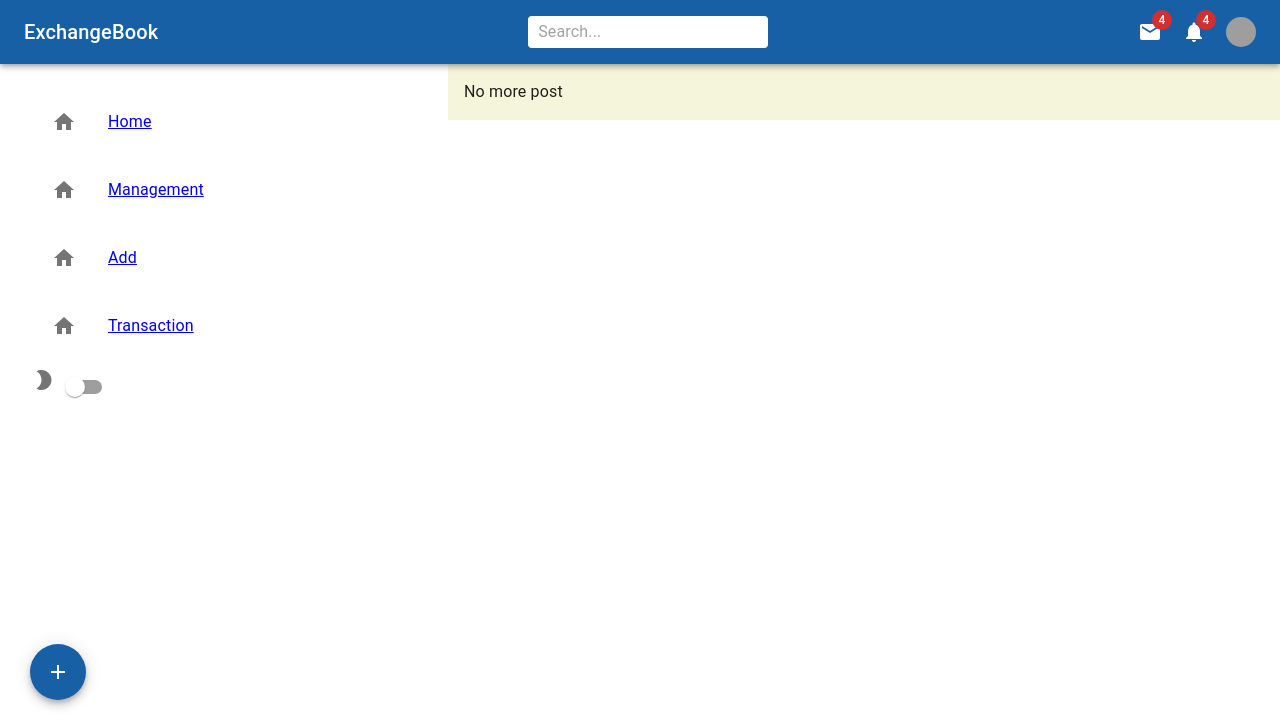
Repository: TrangPhuongLam07/exchangebookfrontend
Page: /
The author's editor kept a copy of each file at every save. The page is drawn from the files as they stood at one save, then again after the next save.
The browser window is 1280 px wide. The pictures show the whole page.
Pictures or frames that could not be fetched are drawn as grey boxes. The page's requests for data from a server got no answer. The project was rebuilt for these pictures with package versions that can differ from the ones it lists, and the page was loaded fresh each time. Some packages were replaced by stand-ins written for this rebuild. No one was signed in, and anything a server would have sent is missing. Also part of the build but not shown: craco.config.js, src/components/post/index.js. Imported but missing from the stored project, and not drawn on this page: src/pages/management/add-post, src/pages/management/update-post.

Above is the page before, as saved 2023-07-30 23:09:01.

### src/index.js
import ReactDOM from "react-dom/client";
import React from "react";
import config from "./config";
import App from "./App";
import { ThemeProvider } from "@mui/material";
import "./index.css";
const root = ReactDOM.createRoot(document.getElementById("root"));

root.render(
  <React.StrictMode>
    <ThemeProvider theme={config.theme}>
      <App />
    </ThemeProvider>
  </React.StrictMode>
);

### src/config/index.js
import routes from "./routes";
import theme from "./theme";
const config = {
  routes,
  theme,
};

export default config;

### src/App.js
import { ReactQueryDevtools } from "@tanstack/react-query-devtools";
import { QueryClient, QueryClientProvider } from "@tanstack/react-query";
import { privateRoutes, publicRoutes } from "~/routes";
import { Fragment, Suspense } from "react";
import { CssBaseline } from "@mui/material";
import { BrowserRouter as Router, Routes, Route } from "react-router-dom";
import { Toaster } from "react-hot-toast";
const queryClient = new QueryClient({
  defaultOptions: {
    queries: {
      refetchOnWindowFocus: false,
      refetchOnMount: false,
      refetchOnReconnect: false,
      retry: 1,
      staleTime: 5 * 1000,
    },
  },
});

function App() {
  return (
    <QueryClientProvider client={queryClient}>
      <CssBaseline />
      <Toaster
        toastOptions={{
          duration: 1500,
        }}
      />
      <Router>
        <Suspense fallback={<div>Loading...</div>}>
          <Routes>
            {publicRoutes.map((route, index) => {
              const Page = route.component;
              const Layout = route.layout || Fragment;
              return (
                <Route
                  key={index}
                  path={route.path}
                  element={
                    <Layout>
                      <Page />
                    </Layout>
                  }
                />
              );
            })}
            {privateRoutes.map((route, index) => {
              const Page = route.component;
              const Layout = route.layout || Fragment;
              const Role = route?.role;
              return (
                <Route
                  key={index}
                  path={route.path}
                  element={
                    <Layout>
                      <Page />
                    </Layout>
                  }
                />
              );
            })}
          </Routes>
        </Suspense>
      </Router>
      <ReactQueryDevtools initialIsOpen={false} />
    </QueryClientProvider>
  );
}

export default App;

### src/index.css
body {
  margin: 0;
  font-family: -apple-system, BlinkMacSystemFont, "Segoe UI", "Roboto", "Oxygen",
    "Ubuntu", "Cantarell", "Fira Sans", "Droid Sans", "Helvetica Neue",
    sans-serif;
  -webkit-font-smoothing: antialiased;
  -moz-osx-font-smoothing: grayscale;
}

code {
  font-family: source-code-pro, Menlo, Monaco, Consolas, "Courier New",
    monospace;
}
img {
  max-width: 100%;
  object-fit: cover;
}

### src/config/routes.js
const routes = {
  home: "/",
  management: {
    management: "/management",
    add: "/management/add",
    update: "/management/update/:id",
    transaction: "/management/transaction",
    profile: "/management/profile",
  },
};
export default routes;

### src/config/theme.js
import { createTheme } from "@mui/material";
const theme = createTheme({
  palette: {
    primary: {
      main: "#1760A5",
      light: "skyblue",
    },
    secondary: {
      main: "#15C630",
    },
  },
});
export default theme;

### src/routes/index.js
import config from "~/config";
import { lazy } from "react";

const HomePage = lazy(() => import("~/pages/home"));
const AddPostPage = lazy(() => import("~/pages/management/add-post"));
const UpdatePostPage = lazy(() => import("~/pages/management/update-post"));
const ManagementPage = lazy(() => import("~/pages/management"));
const TransactionPage = lazy(() => import("~/pages/management/transaction"));
const ProfilePage = lazy(() => import("~/pages/management/profile"));
const DefaultLayout = lazy(() => import("~/layouts/default"));
const ManagementLayout = lazy(() => import("~/layouts/management"));

const publicRoutes = [
  {
    path: config.routes.home,
    component: HomePage,
    layout: DefaultLayout,
  },
];
const privateRoutes = [
  {
    path: config.routes.management.management,
    component: ManagementPage,
    layout: ManagementLayout,
  },
  {
    path: config.routes.management.add,
    component: AddPostPage,
    layout: ManagementLayout,
  },
  {
    path: config.routes.management.update,
    component: UpdatePostPage,
    layout: ManagementLayout,
  },
  {
    path: config.routes.management.transaction,
    component: TransactionPage,
    layout: ManagementLayout,
  },
  {
    path: config.routes.management.profile,
    component: ProfilePage,
    layout: ManagementLayout,
  },
];

export { publicRoutes, privateRoutes };

### src/pages/home/index.js
import { useInfiniteQuery } from "@tanstack/react-query";
import { useCallback, useMemo, useRef } from "react";
import Feed from "~/components/feed";
import Post from "~/components/post";
import { postService } from "~/services";

const HomePage = () => {
  const { data, isFetchingNextPage, error, fetchNextPage, hasNextPage } =
    useInfiniteQuery({
      queryKey: ["posts"],
      queryFn: postService.getAll,
      getNextPageParam: (lastPage, allPages) => {
        return allPages.length < 3 && allPages.length + 1;
      },
      getPreviousPageParam: (firstPage, allPages) => firstPage.prevCursor,
    });
  const intObserver = useRef();
  const lastPostRef = useCallback(
    (post) => {
      if (isFetchingNextPage) return;
      intObserver.current && intObserver.current.disconnect();
      intObserver.current = new IntersectionObserver((post) => {
        if (post[0].isIntersecting && hasNextPage) fetchNextPage();
      });
      post && intObserver.current.observe(post);
    },
    [isFetchingNextPage, fetchNextPage, hasNextPage]
  );
  if (error) return <>Error: {error.message}</>;
  return (
    <Feed>
      {data?.pages.map((page, i) => {
        return page.map((post) => {
          if (data?.pages.length - 1 === i) {
            return <Post ref={lastPostRef} post={post} />;
          }
          return <Post post={post} />;
        });
      })}
      {!hasNextPage && "No more post"}
    </Feed>
  );
};

export default HomePage;

### src/layouts/default/index.js
import { Box, Stack } from "@mui/material";
import AddPostBtn from "~/components/buttons/add-btn";
import Header from "~/components/header";
import Sidebar from "~/components/sidebar";

const DefaultLayout = ({ children }) => {
  return (
    <Box>
      <Header />
      <Stack direction="row" spacing={2} justifyContent="space-between">
        <Sidebar />
        {children}
        {/* <Feed /> */}
      </Stack>
      <AddPostBtn />
    </Box>
  );
};

export default DefaultLayout;

### src/components/feed/index.js
import { Box } from "@mui/material";

const Feed = ({ children }) => {
  return (
    <Box bgcolor="beige" flex={2} p={2}>
      {children}
    </Box>
  );
};

export default Feed;

### src/services/index.js
export * as categoryService from "./categoryService";
export * as postService from "./postService";
export * as userService from "./userService";

### src/components/buttons/add-btn/index.js
import {
  Avatar,
  Box,
  Button,
  ButtonGroup,
  Fab,
  Modal,
  TextField,
  Tooltip,
  Typography,
  styled,
} from "@mui/material";
import { Add as AddIcon } from "@mui/icons-material";
import { useState } from "react";
const AddPostBtn = () => {
  const [open, setOpen] = useState(false);
  const handleClose = () => setOpen(false);

  const StyledModal = styled(Modal)({
    display: "flex",
    alignItems: "center",
    justifyContent: "center",
  });
  const UserBox = styled(Box)({
    display: "flex",
    alignItems: "center",
    gap: "10px",
    marginBottom: "20px",
  });
  return (
    <Box>
      <Tooltip
        onClick={() => setOpen(true)}
        title="Add post"
        sx={{
          position: "fixed",
          bottom: 20,
          left: { xs: "calc(50% - 25px)", md: 30 },
        }}
      >
        <Fab color="primary" aria-label="Add">
          <AddIcon />
        </Fab>
      </Tooltip>
      <StyledModal open={open} onClose={handleClose}>
        <Box width={500} height={350} p={3} borderRadius={4} bgcolor="white">
          <Typography variant="h6" color="gray" textAlign="center">
            Create post
          </Typography>
          <UserBox>
            <Avatar
              src="https://source.unsplash.com/random"
              sx={{ width: 30, height: 30 }}
            />
            <Typography fontWeight={500} variant="span">
              Kienthuc
            </Typography>
          </UserBox>
          <TextField
            multiline
            rows={4}
            placeholder="What's in your mind"
            variant="standard"
            sx={{
              width: "100%",
            }}
          />
          <ButtonGroup fullWidth variant="contained" sx={{ marginTop: 3 }}>
            <Button>Post</Button>
          </ButtonGroup>
        </Box>
      </StyledModal>
    </Box>
  );
};

export default AddPostBtn;

### src/components/header/index.js
import { Pets, Mail, Notifications } from "@mui/icons-material";
import {
  AppBar,
  Typography,
  Box,
  Toolbar,
  InputBase,
  Badge,
  styled,
  Avatar,
  Menu,
  MenuItem,
} from "@mui/material";
import { useState } from "react";
import { useNavigate } from "react-router-dom";

const Header = () => {
  const [open, setOpen] = useState(false);
  const navigate = useNavigate();
  const handleToggle = () => {
    setOpen(!open);
  };

  const StyledToobar = styled(Toolbar)({
    display: "flex",
    justifyContent: "space-between",
  });
  const Search = styled("div")(({ theme }) => ({
    background: "white",
    padding: "0 10px",
    borderRadius: theme.shape.borderRadius,
  }));
  const Icons = styled(Box)(({ theme }) => ({
    display: "none",
    alignItems: "center",
    gap: "20px",
    [theme.breakpoints.up("sm")]: {
      display: "flex",
    },
  }));
  const UserBox = styled(Box)(({ theme }) => ({
    display: "flex",
    alignItems: "center",
    gap: "10px",
    [theme.breakpoints.up("sm")]: {
      display: "none",
    },
  }));
  return (
    <AppBar position="sticky">
      <StyledToobar>
        <Typography
          variant="h6"
          sx={{
            display: { xs: "none", sm: "block" },
          }}
        >
          ExchangeBook
        </Typography>
        <Pets
          sx={{
            display: { xs: "block", sm: "none" },
          }}
        />
        <Search>
          <InputBase placeholder="Search..." />
        </Search>
        <Icons>
          <Badge badgeContent={4} color="error">
            <Mail />
          </Badge>
          <Badge badgeContent={4} color="error">
            <Notifications />
          </Badge>
          <Avatar
            sx={{ width: 30, height: 30 }}
            src="https://source.unsplash.com/random"
            onClick={handleToggle}
          />
        </Icons>
        <UserBox onClick={handleToggle}>
          <Avatar
            sx={{ width: 30, height: 30 }}
            src="https://source.unsplash.com/random"
          />
        </UserBox>
        <Menu
          id="menu"
          aria-aria-labelledby="demo"
          open={open}
          onClose={() => setOpen(false)}
          anchorOrigin={{
            vertical: "top",
            horizontal: "right",
          }}
          transformOrigin={{
            vertical: "top",
            horizontal: "right",
          }}
        >
          <MenuItem
            onClick={() => navigate("/management/profile", { replace: true })}
          >
            Profile
          </MenuItem>
          <MenuItem>My account</MenuItem>
          <MenuItem>Logout</MenuItem>
        </Menu>
      </StyledToobar>
    </AppBar>
  );
};

export default Header;

### src/components/sidebar/index.js
import { Home, ModeNight } from "@mui/icons-material";
import {
  Box,
  List,
  ListItem,
  ListItemIcon,
  ListItemText,
  Switch,
  styled,
} from "@mui/material";
import { Link } from "react-router-dom";
const Sidebar = () => {
  const StyledLink = styled(Link)({
    display: "flex",
    alignItems: "center",
    width: "100%",
    padding: "10px 20px",
    rowGap: 5,
  });

  return (
    <Box
      flex={1}
      position="relative"
      p={2}
      sx={{
        display: { xs: "none", sm: "block" },
      }}
    >
      <Box position="fixed" width={1 / 8}>
        <List>
          <ListItem>
            <StyledLink to="/">
              <ListItemIcon>
                <Home />
              </ListItemIcon>
              <ListItemText primary="Home" />
            </StyledLink>
          </ListItem>
          <ListItem>
            <StyledLink to="/management">
              <ListItemIcon>
                <Home />
              </ListItemIcon>
              <ListItemText primary="Management" />
            </StyledLink>
          </ListItem>
          <ListItem>
            <StyledLink to="/management/add">
              <ListItemIcon>
                <Home />
              </ListItemIcon>
              <ListItemText primary="Add" />
            </StyledLink>
          </ListItem>
          <ListItem>
            <StyledLink to="/management/transaction">
              <ListItemIcon>
                <Home />
              </ListItemIcon>
              <ListItemText primary="Transaction" />
            </StyledLink>
          </ListItem>
          <ListItem>
            <ListItemIcon>
              <ModeNight />
              <Switch />
            </ListItemIcon>
          </ListItem>
        </List>
      </Box>
    </Box>
  );
};

export default Sidebar;

### src/services/categoryService.js
import httpRequest from "~/utils/httpRequest";

export const findById = async (id) => {
  try {
    const res = await httpRequest.get(`/posts/${id}`);
    return res.data;
  } catch (error) {
    console.log(error);
  }
};
export const findAll = async () => {
  try {
    const res = await httpRequest.get("/categories");
    return res.data;
  } catch (error) {
    console.log(error);
  }
};

### src/services/postService.js
import httpRequest from "~/utils/httpRequest";
const REQUEST = "/posts";

export const create = async (data) =>
  httpRequest.post(REQUEST, data, {
    headers: {
      "Content-Type": "multipart/form-data",
    },
  });
export const getOne = async (id) => {
  try {
    const res = await httpRequest.get(REQUEST + `/${id}`);
    return res.data;
  } catch (error) {}
};
export const getAll = async ({ pageParam = 1 }, page = 1) => {
  try {
    const res = await httpRequest.get(
      `${REQUEST}?page=${page}&size=${pageParam}`
    );
    return res.data.postsResponses;
  } catch (error) {
    console.log(error);
  }
};
export const updateOne = async (id, data) => {
  try {
    const res = await httpRequest.put(`${REQUEST}/${id}`, data, {
      headers: {
        "Content-Type": "multipart/form-data",
      },
    });
    return res.data;
  } catch (error) {
    console.log(error);
  }
};
export const deleteOne = async (id) => {
  try {
    const res = await httpRequest.delete(`${REQUEST}/${id}`);
    return res.data;
  } catch (error) {
    console.log(error);
  }
};

### src/services/userService.js
import httpRequest from "~/utils/httpRequest";
const REQUEST = "/posts";

export const update = async (data) =>
  httpRequest.post(REQUEST, data, {
    headers: {
      "Content-Type": "multipart/form-data",
    },
  });

### src/utils/httpRequest.js
import axios from "axios";

const httpRequest = axios.create({
  baseURL: process.env.REACT_APP_BASE_API,
});

export const get = async (path, options = {}) => {
  const response = await httpRequest.get(path, options);
  return response.data;
};
export const post = async (path, data, options = {}) => {
  const response = await httpRequest.post(path, data, options);
  return response.data;
};
export const put = async (path, data, options = {}) => {
  const response = await httpRequest.put(path, data, options);
  return response.data;
};
export const remove = async (path, options = {}) => {
  const response = await httpRequest.delete(path, options);
  return response.data;
};
export default httpRequest;

Loaded but not shown: public/index.html (common file)

After the next save:
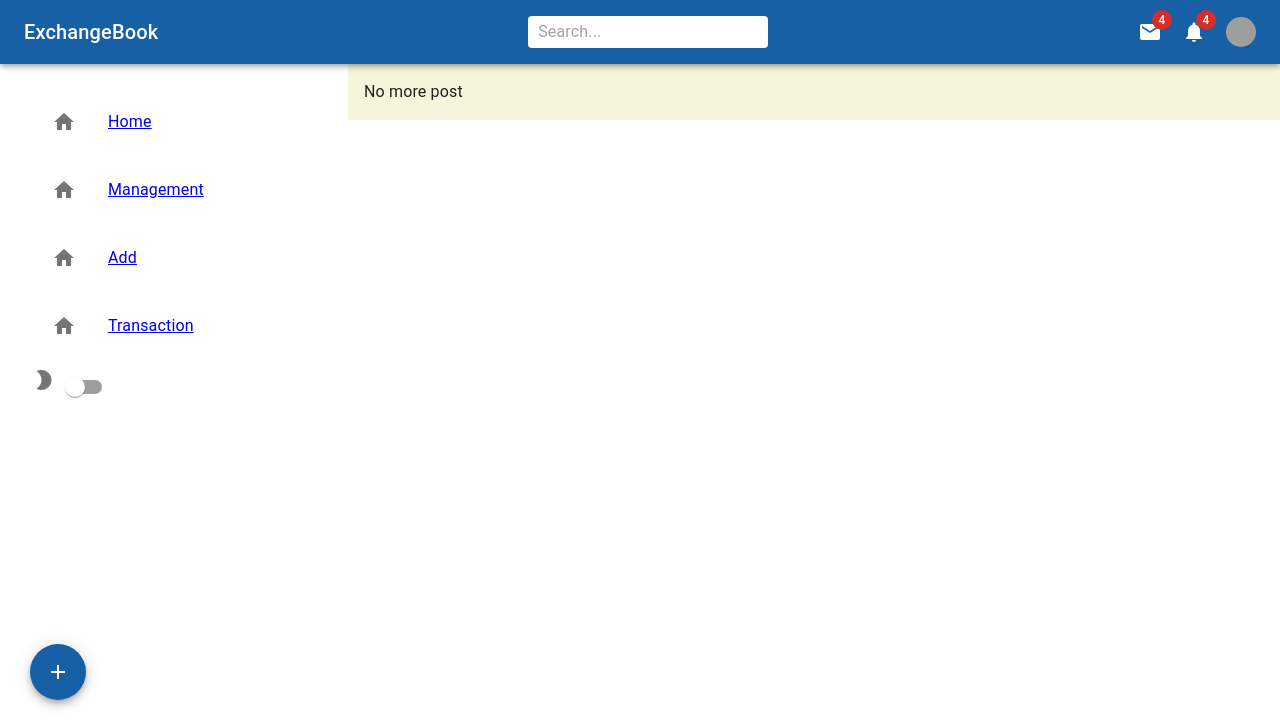
Saved 46 s later.
--- a/src/components/feed/index.js
+++ b/src/components/feed/index.js
@@ -2,7 +2,7 @@ import { Box } from "@mui/material";
 
 const Feed = ({ children }) => {
   return (
-    <Box bgcolor="beige" flex={2} p={2}>
+    <Box bgcolor="beige" flex={3} p={2}>
       {children}
     </Box>
   );
